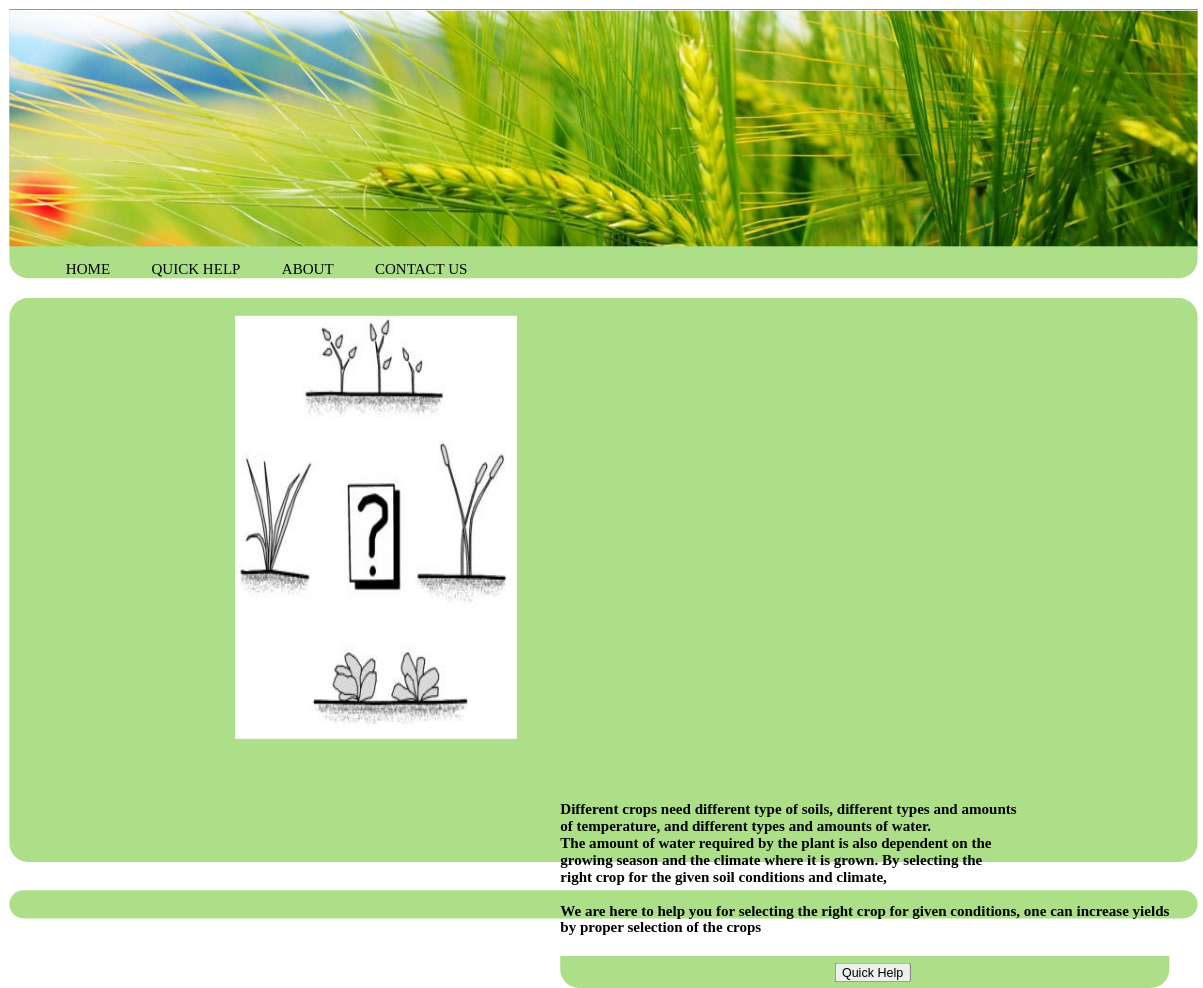
Repository: shivamtyagi1234/FarmoFriend
Page: http://localhost/FarmoFriend/
An editor plug-in stored every save of this project. The page is shown before and after the next save, followed by the edit.
The browser window is 1280 px wide. The pictures show the whole page, at 94% of full size.
The page is served by Tomcat 9. Other server files are loaded and not shown.

Above is the page before, as saved 2019-11-03 07:27:19.

### FarmoFriend/WebContent/home.jsp
<%@ page language="java" contentType="text/html; charset=ISO-8859-1"
    pageEncoding="ISO-8859-1"%>
<!DOCTYPE html PUBLIC "-//W3C//DTD HTML 4.01 Transitional//EN" "http://www.w3.org/TR/html4/loose.dtd">
<html>
<head>
<meta http-equiv="Content-Type" content="text/html; charset=ISO-8859-1">
<title>home</title>

<style type="text/css">
#main
{
width: 100%;
height: 100%;
border: 2px solid white;
}
#homeHead
{
background-color: #ACDF87;
border-radius:0px 0px 20px 20px;
}
#blank1
{
width: 100%;
height: 5px;
}
#homeBody
{
background-color: #ACDF87;
border-top:2px solid;
width: 100%;
height: 600px;
border: 2px;
border-color:limegreen;
border-radius:20px 20px 20px 20px;
}
#homeImage
{
height: 100%;
width: 50%;
}
#homeContent
{
height: 100%;
width: 50%;
}
#homeBody img
{
height:450px;
width:300px;
padding-left: 38%;
padding-top: 3%;
}
#QuickHelp
{
border:2px;
border-color: #ACDF87;
padding-top:1%;
padding-left: 45%;
padding-bottom:1%;
background-color: #ACDF87;
border-radius:0px 0px 20px 20px;
}
#blank2
{
width: 100%;
height:30px;
}
</style>
</head>
<body >
<div id="main">
<div id="homeHead">
<jsp:include page="header.jsp"></jsp:include>
</div>
<div id="blank1"></div>

<div id="homeBody">
	<div style="float: left; width: 50%"><img alt="home1" src="images\crop selection.jpg" ></div>
	<div style="float: right; text-align: left; text-decoration: blink; padding-right:30px; padding-top: 45px";>
	<p><h4>Different crops need different type of soils, different types and amounts
	<br>of temperature, and different types and amounts of water.
	<br>The amount of water required by the plant is also dependent on the
	<br>growing season and the climate where it is grown. By selecting the
	<br>right crop for the given soil conditions and climate,<br>
	<br>We are here to help you for selecting the right crop for given conditions, one can increase yields
	<br>by proper selection of the crops</h4></p>
	<div id="QuickHelp">
<a href="voterLogin.jsp"><button>Quick Help</button></a>
</div>
	</div>




</div>
<div id="blank2"></div>
<div id="homeFoot">
<jsp:include page="footer.jsp"></jsp:include>
</div>
</div>
</body>
</html>

### FarmoFriend/WebContent/header.jsp
<%@ page language="java" contentType="text/html; charset=ISO-8859-1"
    pageEncoding="ISO-8859-1"%>
<!DOCTYPE html PUBLIC "-//W3C//DTD HTML 4.01 Transitional//EN" "http://www.w3.org/TR/html4/loose.dtd">
<head>
<meta http-equiv="Content-Type" content="text/html; charset=ISO-8859-1">
<title>result</title>
<style>
#header
{
height: 25%;
width: 100%;
}
#header ul
{
list-style-type: none;
}
#header ul li
{
display: inline;
margin-bottom: 10px;
padding: 20px;
}
#header ul li a
{
text-decoration: none;
color: black;
}
</style>
</head>
<body>
<div id="header">
	<img src="images\head.png" width="100%">
	<ul>
	<li><a href="home.jsp">HOME</a></li>
	<li><a href="registration.jsp">QUICK HELP</a></li>
	<li><a href="voterLogin.jsp">ABOUT</a></li>
	<li><a href="result.jsp">CONTACT US</a></li>
</ul>
</div>
</body>
</html>

### FarmoFriend/WebContent/footer.jsp
<%@ page language="java" contentType="text/html; charset=ISO-8859-1"
    pageEncoding="ISO-8859-1"%>
<!DOCTYPE html PUBLIC "-//W3C//DTD HTML 4.01 Transitional//EN" "http://www.w3.org/TR/html4/loose.dtd">
<html>
<head>
<meta http-equiv="Content-Type" content="text/html; charset=ISO-8859-1">

<title>FOOTER</title>
<style type="text/css">
#footer
{
width: 100%;
height: 30px;
background-color: #ACDF87;
border-radius:20px 20px 20px 20px;
}
</style>
</head>
<body>
<div id="footer">

</div>
</body>
</html>

After the next save:
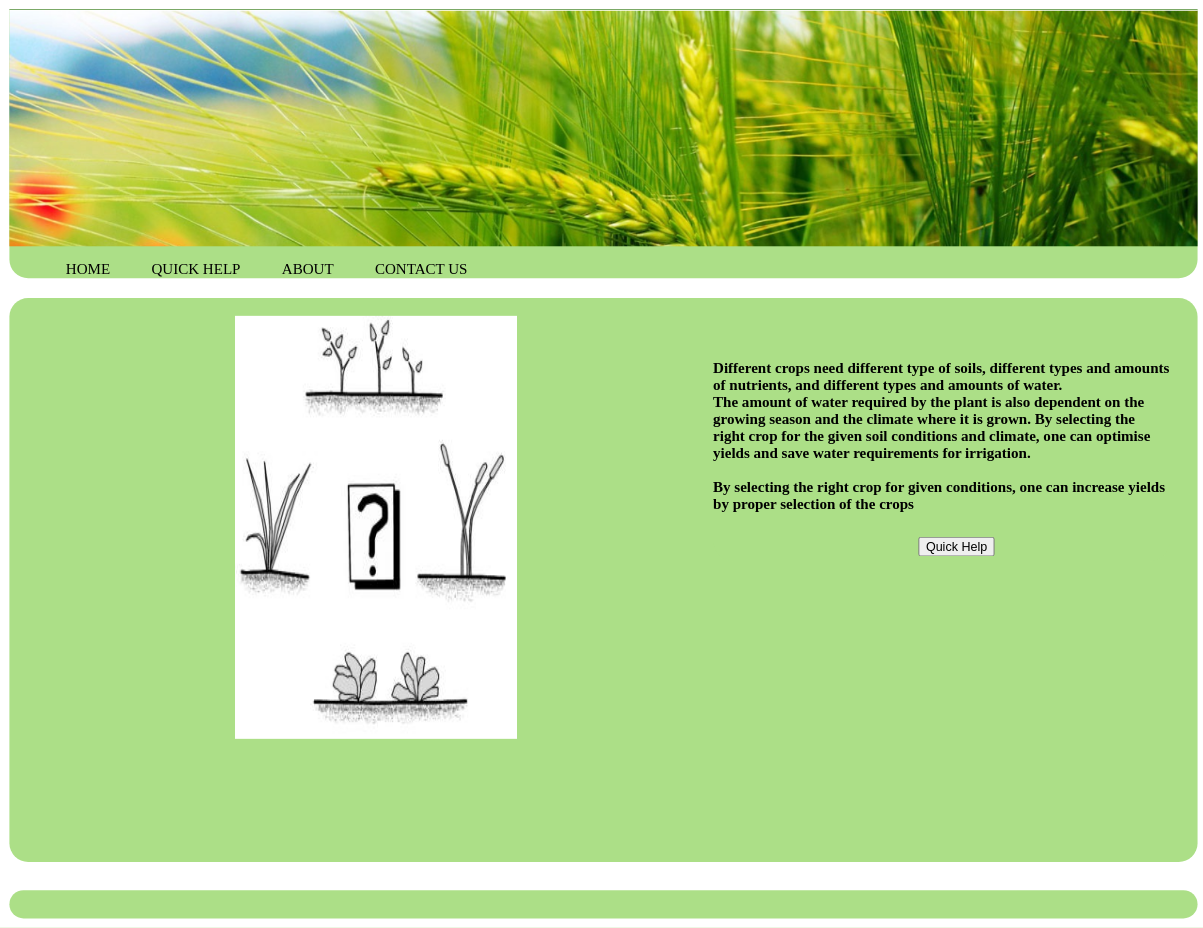
Saved 20 s later.
--- a/FarmoFriend/WebContent/home.jsp
+++ b/FarmoFriend/WebContent/home.jsp
@@ -78,11 +78,12 @@ height:30px;
 	<div style="float: left; width: 50%"><img alt="home1" src="images\crop selection.jpg" ></div>
 	<div style="float: right; text-align: left; text-decoration: blink; padding-right:30px; padding-top: 45px";>
 	<p><h4>Different crops need different type of soils, different types and amounts
-	<br>of temperature, and different types and amounts of water.
+	<br>of nutrients, and different types and amounts of water.
 	<br>The amount of water required by the plant is also dependent on the
 	<br>growing season and the climate where it is grown. By selecting the
-	<br>right crop for the given soil conditions and climate,<br>
-	<br>We are here to help you for selecting the right crop for given conditions, one can increase yields
+	<br>right crop for the given soil conditions and climate, one can optimise
+	<br> yields and save water requirements for irrigation.<br>
+	<br>By selecting the right crop for given conditions, one can increase yields
 	<br>by proper selection of the crops</h4></p>
 	<div id="QuickHelp">
 <a href="voterLogin.jsp"><button>Quick Help</button></a>
